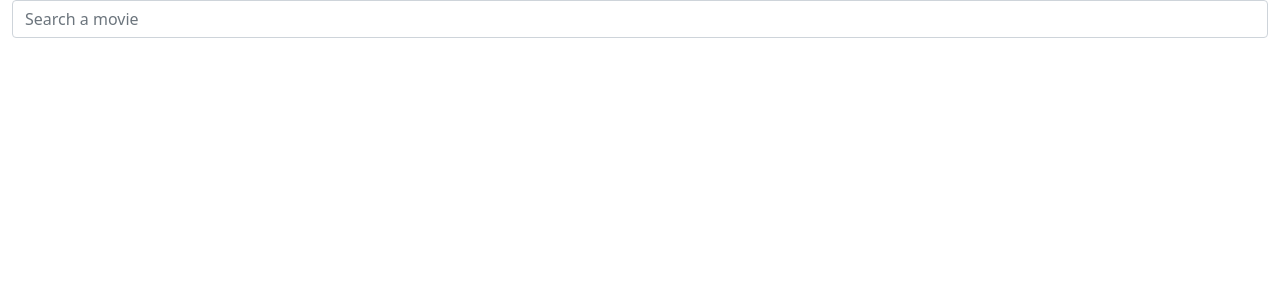
Repository: anirudhbichal/OMDBList
Page: /
The author's editor kept a copy of each file at every save. The page is drawn from the files as they stood at one save, then again after the next save.
The browser window is 1280 px wide. The pictures show the whole page.
The project was rebuilt for these pictures with package versions that can differ from the ones it lists, and the page was loaded fresh each time. Also part of the build but not shown: src/App.css, src/components/MovieList.js.

Above is the page before, as saved 2022-01-16 22:08:05.

After the next save:
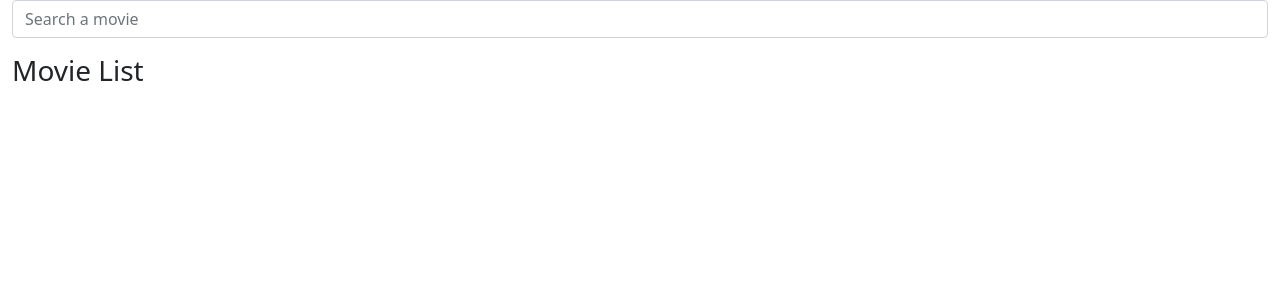
Saved 19 s later.
--- a/src/App.js
+++ b/src/App.js
@@ -42,6 +42,7 @@
     <Container fluid>
       <Search searchvalue={setsearchvalue} />
       <div className='mt-3'>
+        <h3>Movie List</h3>
         {
           !loading ? (movies.length > 0  ? <MovieList movieData={movies}/> : '') :
           <Spinner animation="border" role="status">
